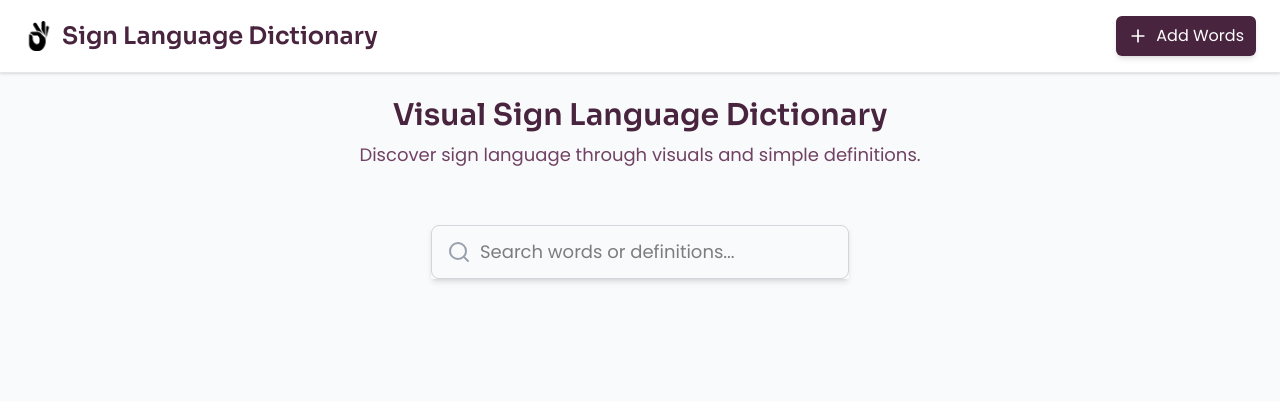
Repository: jabir12-12/sign-setu
Page: /
These files come from the project's save history. The page is drawn as it stood at one moment and after the next save; the edit follows.
The browser window is 1280 px wide. The pictures show the whole page.
The project was rebuilt for these pictures with package versions that can differ from the ones it lists, and the page was loaded fresh each time. The framework's server and built-in components were replaced by stand-ins that run in the browser. Also part of the build but not shown: next.config.ts.

Above is the page before, as saved 2025-05-27 16:46:30.

### app/page.tsx
'use client';
import React, { useState } from 'react';
import { Plus, Search } from 'lucide-react';
import Dialog from '@mui/material/Dialog';
import DialogActions from '@mui/material/DialogActions';
import DialogContent from '@mui/material/DialogContent';
import DialogTitle from '@mui/material/DialogTitle';
import Button from '@mui/material/Button';
import Image from 'next/image';
import { IconButton, Typography } from '@mui/material';

export default function StockDashboard() {
  const [isopen, setIsOpen] = useState(false);
  return (
    <div className="bg-gray-50 min-h-screen flex flex-col">
      {/* Header */}
      <header className="sticky top-0 z-10 flex flex-wrap justify-between items-center px-4 md:px-6 py-3 md:py-4 bg-white border-b border-gray-200 shadow-sm">
        {/* Left: Logo & Title */}
        <div className="flex items-center space-x-2 mb-2 md:mb-0 justify-center">
          <Image
            src="/images/ok.png"
            alt="Logo icon"
            width={30}
            height={30}
          />
          <h1 className="text-[#49243E] font-semibold text-lg md:text-2xl whitespace-nowrap">
            Sign Language Dictionary
          </h1>
        </div>

        {/* Right: Add Button */}
        <div className="flex items-center gap-2">
          <button className="bg-[#49243E] text-white px-3 py-2 rounded-full md:rounded-md flex items-center justify-center hover:bg-[#704264] transition-colors duration-200 shadow-md hover:shadow-md"
            onClick={() => setIsOpen(true)}>
            <Plus className="w-5 h-5" />
            <span className="hidden md:inline ml-2">Add Words</span>
          </button>
        </div>
      </header>

      {/* Centered Search Bar */}
      <div className='flex flex-col items-center justify-center gap-6 '>
        <div className="text-center mt-6 px-4">
          <h2 className="text-2xl md:text-3xl font-semibold text-[#49243E]">
            Visual Sign Language Dictionary
          </h2>
          <p className="text-md md:text-lg text-[#704264] mt-2">
            Discover sign language through visuals and simple definitions.
          </p>
        </div>

        <div className="flex justify-center mt-8 px-4">
          <div className="relative w-full max-w-lg shadow-md">
            <span className="absolute inset-y-0 left-0 pl-4 flex items-center text-gray-400">
              <Search className="w-6 h-6" /> {/* Bigger icon */}
            </span>
            <input
              type="text"
              placeholder="Search words or definitions..."
              className="w-full pl-12 pr-5 py-3 text-lg border border-gray-300 rounded-lg focus:outline-none focus:ring-2 focus:ring-[#BB8493] focus:border-[#BB8493] hover:border-gray-400 transition-all duration-200"
            />
          </div>
        </div>

      </div>
      {/* Add Words */}
      <Dialog open={isopen} onClose={() => setIsOpen(false)} maxWidth="xs" fullWidth>
        <DialogTitle
          sx={{
            display: 'flex',
            justifyContent: 'space-between',
            alignItems: 'center',
            padding: '1rem 1.5rem',
            color: '#1D2939',
            fontWeight: 'bold',
            fontSize: '1.125rem'
          }}
        >
          <span className="text-black text-md">Add Word</span>
          <IconButton
            onClick={() => setIsOpen(false)}
            sx={{ width: 32, height: 32 }}
          >
            <Image src="/images/cancel-01.svg" alt="Cancel" width={20} height={20} />
          </IconButton>
        </DialogTitle>
        <DialogContent sx={{ padding: '0 1.5rem 1.5rem' }}>
          <div className="space-y-4">
            <div>
              <label className="block text-sm font-medium text-gray-700">Word</label>
              <input
                type="text"
                placeholder="Enter word"
                className="mt-1 block w-full border border-gray-300 rounded-md px-3 py-2 text-sm outline-none focus:ring-[#49243E] focus:border-[#49243E] hover:border-[#49243E] transition duration-200"
              />
            </div>

            <div>
              <label className="block text-sm font-medium text-gray-700">Definition</label>
              <textarea
                placeholder="Enter definition"
                rows={3}
                className="mt-1 block w-full border border-gray-300 rounded-md px-3 py-2 text-sm outline-none focus:ring-[#49243E] focus:border-[#49243E] hover:border-[#49243E] transition duration-200"
              />
            </div>

            <div>
              <label className="block text-sm font-medium text-gray-700">Link URL</label>
              <input
                type="url"
                placeholder="Enter external link (optional)"
                className="mt-1 block w-full border border-gray-300 rounded-md px-3 py-2 text-sm outline-none focus:ring-[#49243E] focus:border-[#49243E] hover:border-[#49243E] transition duration-200"
              />
            </div>

            <div>
              <label className="block text-sm font-medium text-gray-700">Image URL</label>
              <input
                type="url"
                placeholder="Enter image URL"
                className="mt-1 block w-full border border-gray-300 rounded-md px-3 py-2 text-sm outline-none focus:ring-[#49243E] focus:border-[#49243E] hover:border-[#49243E] transition duration-200"
              />
            </div>
          </div>
        </DialogContent>


        <DialogActions
          sx={{
            padding: '1rem 1.5rem',
            borderTop: '1px solid #D0D5DD',
            display: 'flex',
            justifyContent: 'flex-end',
            gap: 1.5
          }}
        >
          <Button
            onClick={() => setIsOpen(false)}
            variant="outlined"
            sx={{
              padding: '0.625rem 1.5rem',
              fontWeight: 600,
              borderRadius: '8px',
              fontSize: '0.875rem',
              borderColor: '#D0D5DD',
              color: '#344054',
              textTransform: 'none',
              '&:hover': {
                backgroundColor: '#F2F4F7',
                borderColor: '#D0D5DD'
              }
            }}
          >
            Cancel
          </Button>
          <Button
            onClick={() => {
              () => setIsOpen(false)
            }}
            variant="contained"
            sx={{
              padding: '0.625rem 1.5rem',
              fontWeight: 600,
              fontSize: '0.875rem',
              borderRadius: '8px',
              backgroundColor: '#49243E',
              textTransform: 'none',
              boxShadow: 'inset 0 1px 1px rgba(0,0,0,0.05)',
              '&:hover': {
                backgroundColor: '#704264'
              }
            }}
          >
            Add Words
          </Button>
        </DialogActions>
      </Dialog>

    </div>
  );
}

### app/globals.css
@import url('https://fonts.googleapis.com/css2?family=Poppins:wght@400;500;600&family=Inter:wght@400;500;600&family=Sora:wght@400;500;600;700;800&display=swap');
@import url('https://fonts.googleapis.com/css2?family=Inter:wght@400;700&display=swap');

@import "tailwindcss";

body {
  background-color: #f7f8fb;
  margin: 0;
  padding: 0;
  font-family: 'Poppins', sans-serif;
  justify-content: center;
  align-items: center;
  height: 100vh;
}

.video-js .vjs-playback-rate {
  font-size: 10px;
  transform: translateY(12px);
  /* Moves the button down by 10px */

}

.heading .head {
  font-family: 'Sora', sans-serif;
  font-size: 24px;
  /* Example size */
  font-weight: 700;
}

/* Example for other headings if needed */
h1,
h2,
h3,
h4,
h5,
h6 {
  font-family: 'Sora', sans-serif;
}

h3 {
  font-size: 18px;
  font-weight: 600;
}

/* Ensure that other text elements use Poppins */
p,
span,
div {
  font-family: 'Poppins', sans-serif;
}

.button {
  outline: none;
}

/* Custom scrollbar styles */

::-webkit-scrollbar {
  width: 7px;
  height: 7px;
}

::-webkit-scrollbar-thumb {
  background-color: rgba(234, 236, 240, 1);
  ;

  border-radius: 100px;
}

::-webkit-scrollbar-track {
  background: "white";

}

/* THIS IS FOR TEXT-EDITOR IN DISSCUSSION TAB --------------------------*/
.custom-quill .ql-container {
  border: none !important;
  /* Remove the border from the container */
}

.custom-quill .ql-editor {
  border: none !important;
  /* Ensure no border around the editor */
}

.custom-quill:focus {
  outline: none;
  /* Remove outline on focus */
}

.custom-quill .ql-editor {
  font-size: 16px;
  /* Set text size to 16px */
  font-family: 'Poppins', sans-serif;
  font-style: normal;
  /* Use the Poppins font */

}

.custom-quill .ql-editor:empty::before {

  /* Show placeholder */
  color: #667085;
  /* Placeholder color */
  font-family: 'Poppins', sans-serif;
  font-style: normal;
  /* Poppins font for placeholder */
  font-size: 16px;
  /* Placeholder size */
  position: absolute;
  /* Position it absolutely */
  left: 10px;
  /* Adjust according to your padding */
  top: 10px;
  /* Adjust according to your padding */
  pointer-events: none;
  /* Prevent interaction */
}

.custom-quill .ql-editor:focus::before {
  display: none;
  /* Hide placeholder on focus */
}

/* -------------------------------------------------- */
/* FOR TOOLTIP FOR TEST PAGE ONLY ->learn Tab */


.tooltipText {
  position: absolute;
  color: white;
  bottom: 125%;
  /* Position above the button */
  left: 50%;
  /* Center horizontally */
  transform: translateX(-50%);
  /* Adjust to center the tooltip */

  z-index: 3;
  background-color: #131313;
  box-shadow: 0 5px 10px rgba(0, 0, 0, 0.3);
  padding: 6px 14px;
  /* Padding inside the tooltip */
  width: 204px;
  /* Fixed width */
  height: auto;
  /* Hug content (height grows with content) */
  min-height: 78px;
  /* Minimum height */
  font-size: 15px;
  font-weight: 400;
  border-radius: 5px;
  white-space: normal;
  /* Allow text wrapping for longer content */
  opacity: 0;
  pointer-events: none;
  transition: all 0.4s ease;
}

.tooltip:hover .tooltipText {
  opacity: 1;
  pointer-events: auto;
  transform: translate(-50%, -10px);
  /* Move tooltip slightly up on hover */
}

.drawer-overlay {
  background-color: transparent !important;
  /* Makes the overlay transparent */
}

/* magic.module.css */
.customCheckbox input[type="checkbox"]:checked {
  background-color: #9012FF;
  border-color: #9012FF;
}

/* Add this to your global CSS file */
.ql-container .ql-editor img {
  cursor: pointer;
}

.image-resizer {
  border: 1px dashed #999;
  position: absolute;
}

.image-resizer .resize-handle {
  background-color: #fff;
  border: 1px solid #999;
  height: 8px;
  width: 8px;
  position: absolute;
}

.image-resizer .resize-handle.se {
  bottom: -5px;
  right: -5px;
  cursor: se-resize;
}

.image-resizer .resize-handle.sw {
  bottom: -5px;
  left: -5px;
  cursor: sw-resize;
}

.image-resizer .resize-handle.ne {
  top: -5px;
  right: -5px;
  cursor: ne-resize;
}

.image-resizer .resize-handle.nw {
  top: -5px;
  left: -5px;
  cursor: nw-resize;
}


@layer base {
  :root {
    --radius: 0.5rem;
    --chart-1: 12 76% 61%;
    --chart-2: 173 58% 39%;
    --chart-3: 197 37% 24%;
    --chart-4: 43 74% 66%;
    --chart-5: 27 87% 67%;
  }

  .dark {
    --chart-1: 220 70% 50%;
    --chart-2: 160 60% 45%;
    --chart-3: 30 80% 55%;
    --chart-4: 280 65% 60%;
    --chart-5: 340 75% 55%;
  }
}

Loaded but not shown: app/layout.tsx (common file)

After the next save:
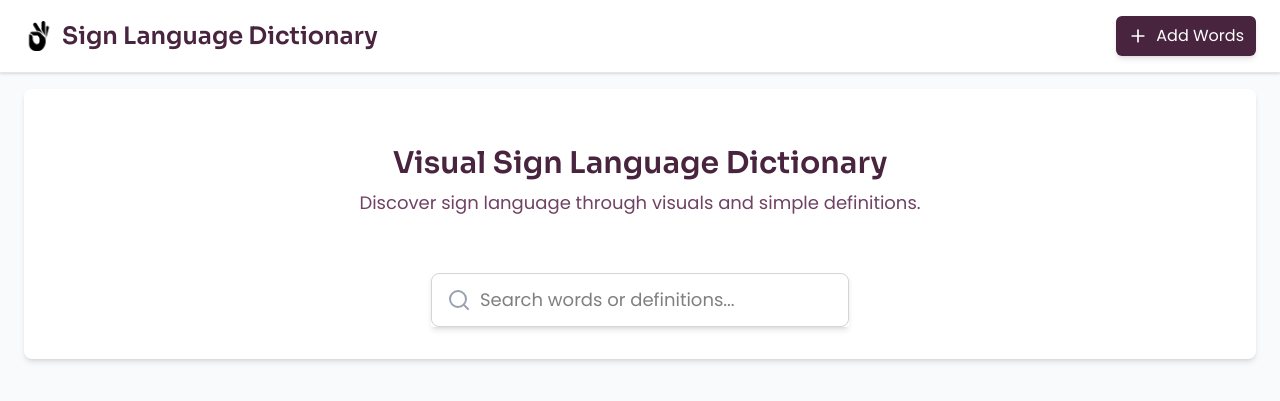
Saved 13 s later.
--- a/app/page.tsx
+++ b/app/page.tsx
@@ -39,7 +39,7 @@ export default function StockDashboard() {
       </header>
 
       {/* Centered Search Bar */}
-      <div className='flex flex-col items-center justify-center gap-6 '>
+      <div className='flex flex-col items-center justify-center gap-6  py-8 px-4 md:px-6 bg-white shadow-md rounded-lg mt-4 mx-2 md:mx-6'>
         <div className="text-center mt-6 px-4">
           <h2 className="text-2xl md:text-3xl font-semibold text-[#49243E]">
             Visual Sign Language Dictionary
